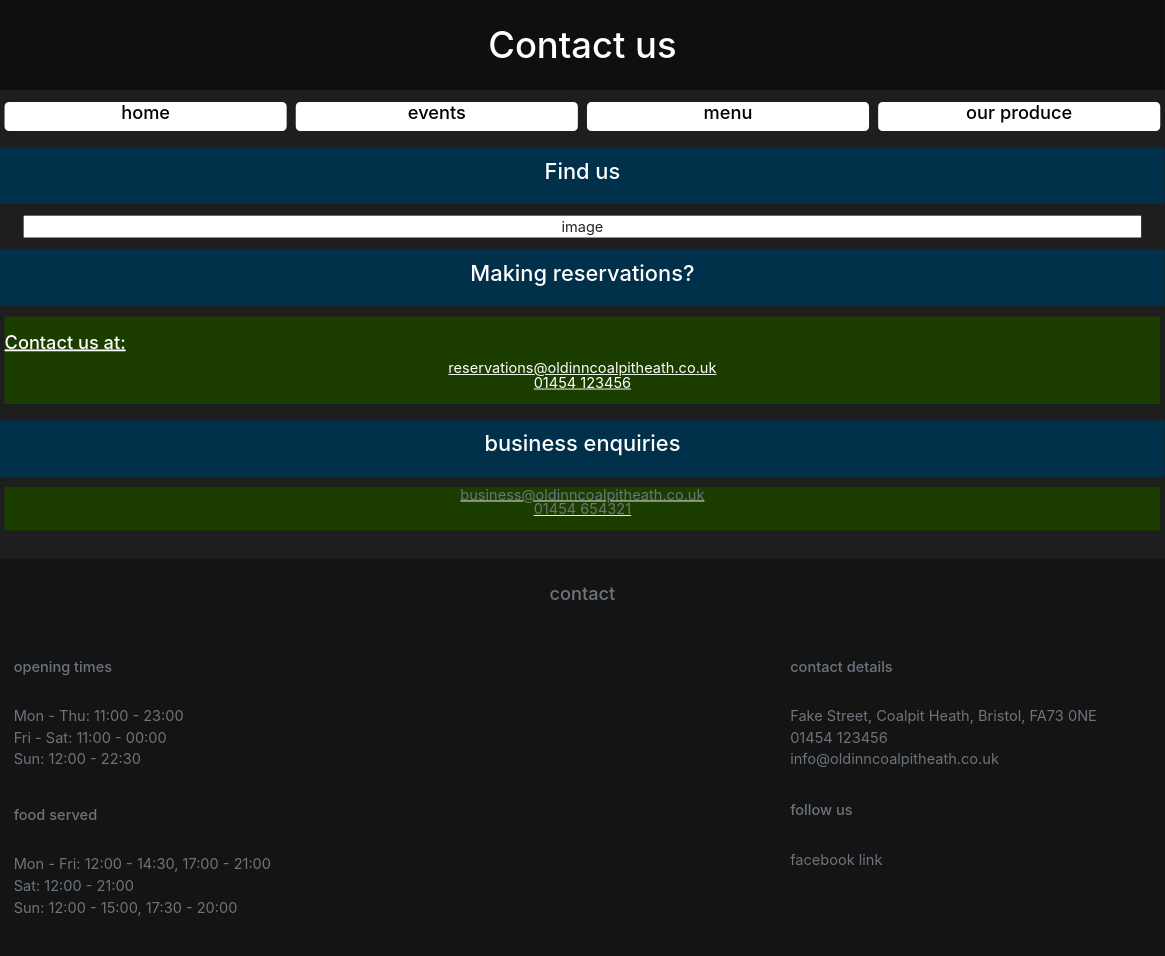
Repository: Code-Institute-Submissions/JamesLStudent-Milestone_One
Page: contacts.html
The author's editor kept a record of every edit. The page is drawn from the files as they stood at one moment, then again after the next edit.
The browser window is 1280 px wide. The pictures show the whole page, at 91% of full size.

Above is the page before.
Console error: TypeError: Cannot read properties of undefined (reading 'fn')

### contacts.html
<!DOCTYPE html>
<html lang="en">

<head>
    <meta charset="UTF-8">
    <meta name="viewport" content="width=device-width, initial-scale=1.0">
    <meta http-equiv="X-UA-Compatible" content="ie=edge">
    <title>Old Inn - Contact details</title>
    <link href="Assets/main.css" rel="stylesheet" type="text/css" />
    <link rel="stylesheet" href="https://stackpath.bootstrapcdn.com/bootstrap/4.3.1/css/bootstrap.min.css" integrity="sha384-ggOyR0iXCbMQv3Xipma34MD+dH/1fQ784/j6cY/iJTQUOhcWr7x9JvoRxT2MZw1T" crossorigin="anonymous">
    <script src="https://stackpath.bootstrapcdn.com/bootstrap/4.3.1/js/bootstrap.min.js" integrity="sha384-JjSmVgyd0p3pXB1rRibZUAYoIIy6OrQ6VrjIEaFf/nJGzIxFDsf4x0xIM+B07jRM" crossorigin="anonymous"></script>
</head>

<body class="bg">
    <div class="h1-box">
        <h1>Contact us</h1>
    </div>
    <a href="index.html">
        <div class="col-6 col-md-12 col-lg-3 navigation-item black-text">
            <h5>home</h5>
        </div>
    </a>
    <a href="events.html">
        <div class="col-6 col-md-12 col-lg-3 navigation-item black-text">
            <h5>events</h5>
        </div>
    </a>
    <a href="menu.html">
        <div class="col-12 col-md-12 col-lg-3 navigation-item black-text">
            <h5>menu</h5>
        </div>
    </a>
    <a href="produce.html">
        <div class="col-12 col-md-12 col-lg-3 navigation-item black-text">
            <h5>our produce</h5>
        </div>
    </a>
    <div class="centerer">
        <div class="subtitle">
            <h4>Find us</h4>
        </div>
        <div class="image spacer">image</div>
        <div class="subtitle">
            <h4>Making reservations?</h4>
        </div>
        <div class="sub-box">
            <p class="text-muted">
                <h5 class="left-align">Contact us at:</h5>
                reservations@oldinncoalpitheath.co.uk</br>
                01454 123456
            </p>
        </div>
        <div class="subtitle">
            <h4>business enquiries</h4>
        </div>
        <div class="sub-box">
            <p class="text-muted">
                business@oldinncoalpitheath.co.uk</br>
                01454 654321
            </p>
        </div>
        <footer>
            <div class="footer">
                <div class="col-12 footer-div text-muted">
                    <h5>contact</h5>
                </div>
                <div class="col-12 col-md-6 col-lg-8 left footer-div text-muted left-align">
                    <h6>opening times</h6>
                    <p class="left-align">
                        </br>
                        Mon - Thu: 11:00 - 23:00</br>
                        Fri - Sat: 11:00 - 00:00</br>
                        Sun: 12:00 - 22:30</br>
                        </br>
                    </p>
                    <h6>food served</h6>
                    <p class="left-align">
                        </br>
                        Mon - Fri: 12:00 - 14:30, 17:00 - 21:00</br>
                        Sat: 12:00 - 21:00</br>
                        Sun: 12:00 - 15:00, 17:30 - 20:00</p>
                </div>
                <div class="col-12 col-md-6 col-lg-4 left footer-div text-muted left-align">
                    <h6>contact details</h6>
                    <p class="left-align">
                        </br>Fake Street, Coalpit Heath, Bristol, FA73 0NE</br>01454 123456</br>
                        info@oldinncoalpitheath.co.uk</p>
                    <h6>
                        </br>follow us</h6>
                    <p>
                        </br>facebook link</p>
                </div>
            </div>
        </footer>
    </div>
</body>

</html>

### Assets/main.css
/*----------------- STYLES APPEARING ON MULTIPLE PAGES -----------------*/

.bg {
    position: absolute;
    top: 0;
    left: 0;
    bottom: 0;
    right: 0;
    display: block;
    background-color: #1e1e1e;
}

h1 {
    text-align: center;
    min-height: 40px;
    height: auto;
    padding: 2% 0 2% 0;
    color: #FFFFFF;
    background: rgba(0, 0, 0, 0.5);
}

.subtitle {
    text-align: center;
    padding: 3% 0 3% 0;
    margin: 5% 0 0 0;
    display: inline-block;
    width: 100%;
    min-height: 15px;
    height: auto;
    background-color: #00304A;
    color: #FFFFFF;
}

.sub-box {
    background-color: #1B3E00;
    height: auto;
    border: 5px solid #1e1e1e;
    line-height: 100%;
    margin-top: 3%;
    min-height: 6%;
    height: auto;
    color: #FFFFFF;
    text-decoration: underline;
}

.black-text {
    color: black;
}

.grey-text {
    color: #212529;
}

footer {
    min-height: 20%;
    height: auto;
    display: block;
    bottom: 0;
    position: relative;
}

.footer {
    display: inline-block;
    margin-top: 5%;
    width: 100%;
    min-height: 100%;
    height: auto;
    background-color: #141414;
}

.centerer {
    height: 100%;
    text-align: center;
}

.left {
    float: left;
}

.right {
    float: right;
}

.clear {
    padding: 0;
    margin: 0;
}

.footer-div {
    padding: 2%;
}

.left-align {
    text-align: left;
}

.inline {
    display: inline-block;
}

/*----------------- MAIN NAV ITEM -----------------*/

.navigation-item {
    background-color: #FFFFFF;
    float: left;
    text-align: center;
    border-radius: 10px;
    border: 5px solid #1e1e1e;
}

/*----------------- HOMEPAGE STYLE -----------------*/

.history {
    margin: 5% 2% 0 2%;
    display: inline-block;
    text-align: center;
    width: 96%;
    min-height: 50%;
    height: auto;
    background-color: #4A0030;
    padding: 0 2% 0 2%;
}

.alt-link {
    margin: 1% 2% 0% 2%;
    display: inline-block;
    text-align: center;
    width: 96%;
    min-height: 5%;
    height: auto;
    background-color: #2D2D2D;
    color: #FFFFFF;
}

.index-h1-background {
    background-image: url("./images/index-h1.jpg");
    background-position: center;
    background-repeat: no-repeat;
    background-size: cover;
    min-height: auto;
}

.history-img-one {
    background-image: url("./images/history-1.jpg");
    background-position: center;
    background-repeat: no-repeat;
    background-size: cover;
    height: 200px;
    width: 250px;
}

.history-img-two {
    background-image: url("./images/history-2.jpg");
    background-position: center;
    background-repeat: no-repeat;
    background-size: cover;
    height: 200px;
    width: 250px;
}

/*----------------- MENU STYLE -----------------*/

.small-link {
    line-height: 100%;
    display: inline-block;
    text-align: center;
    height: auto;
    background-color: #4A0030;
    border-radius: 10px;
    border: 5px solid #1e1e1e;
    color: #FFFFFF;
}

.food {
    width: 30%;
    float: left;
    padding: 0;
}

.food-desc {
    width: 50%;
    float: left;
    border-left: 1px solid white;
    border-right: 1px solid white;
}

.food-cost {
    width: 20%;
    float: left;
}

.vert-align {
    position: relative;
    top: 50%;
    transform: translateY(-50%);
}

.menu-h1-background {
    background-image: url("./images/menu-h1.jpg");
    background-position: center;
    background-repeat: no-repeat;
    background-size: cover;
    min-height: auto;
}

/*----------------- EVENTS STYLE -----------------*/

.img-text {
    background-color: #304A00;
    height: auto;
    border-bottom: 5px solid #1e1e1e;
    border-right: 5px solid #1e1e1e;
    border-left: 5px solid #1e1e1e;
    line-height: 100%;
}

.image {
    height: auto;
    width: 96%;
    margin: 2% 2% 0 2%;
    background-color: #FFFFFF;
}

.spacer {
    margin-top: 5%;
}

.events-h1-background {
    background-image: url("./images/events-h1.jpg");
    background-position: center;
    background-repeat: no-repeat;
    background-size: cover;
    min-height: auto;
}

/*----------------- PRODUCE STYLE -----------------*/

.produce {
    padding: 0 3% 0 3%;
}

.produce-h1-background {
    background-image: url("./images/produce-h1.jpg");
    background-position: center;
    background-repeat: no-repeat;
    background-size: cover;
    min-height: auto;
}

/*----------------- PRODUCE STYLE -----------------*/

.contacts-h1-background {
    background-image: url("./images/contacts-h1.jpg");
    background-position: center;
    background-repeat: no-repeat;
    background-size: cover;
    min-height: auto;
}

/*----------------- TABLET MEDIA QUERIES -----------------*/

@media (min-width: 768px) {
    .footer {
        margin-top: 3%;
    }
    .history {
        margin-top: 3%;
    }
    .alt-link {
        margin-top: 1%;
    }
    .subtitle {
        margin-top: 2.5%;
        padding: 1% 0 1% 0;
    }
    .spacer {
        margin-top: 3%;
    }
    .sub-box {
        margin-top: 2%;
    }
    .history-img-one {
        height: 400px;
        width: 450px;
    }
}

/*----------------- DESKTOP MEDIA QUERIES -----------------*/

@media (min-width: 992px) {
    .footer {
        margin-top: 2%;
    }
    .history {
        margin-top: 1%;
    }
    .alt-link {
        margin-top: 0.5%;
    }
    .subtitle {
        margin-top: 1%;
    }
    .spacer {
        margin-top: 1%;
    }
    .sub-box {
        margin-top: 0.5%;
    }
}

After the next edit:
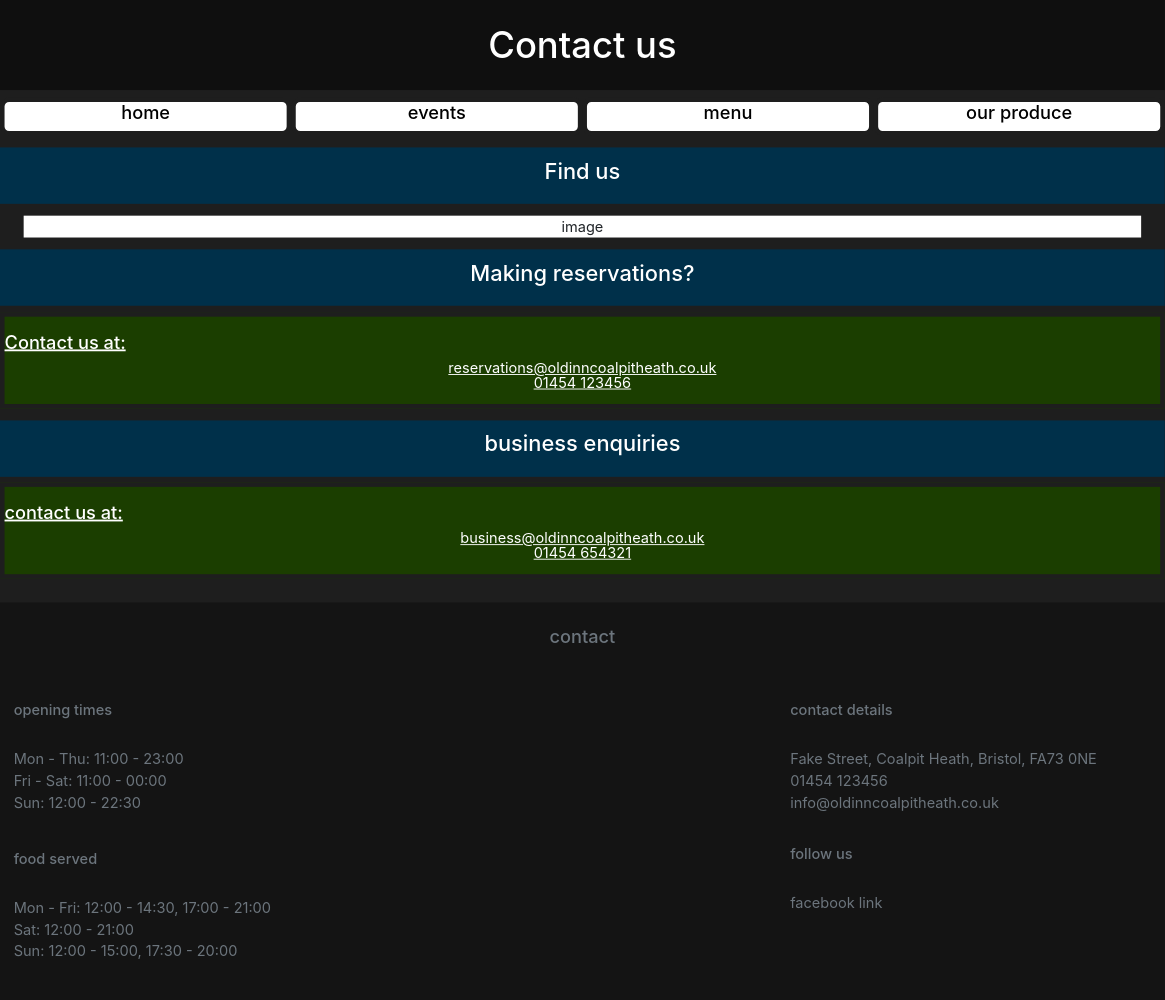
The edit:
--- a/contacts.html
+++ b/contacts.html
@@ -54,7 +54,8 @@
             <h4>business enquiries</h4>
         </div>
         <div class="sub-box">
-            <p class="text-muted">
+            <p>
+                <h5 class="left-align">contact us at:</h5>
                 business@oldinncoalpitheath.co.uk</br>
                 01454 654321
             </p>
